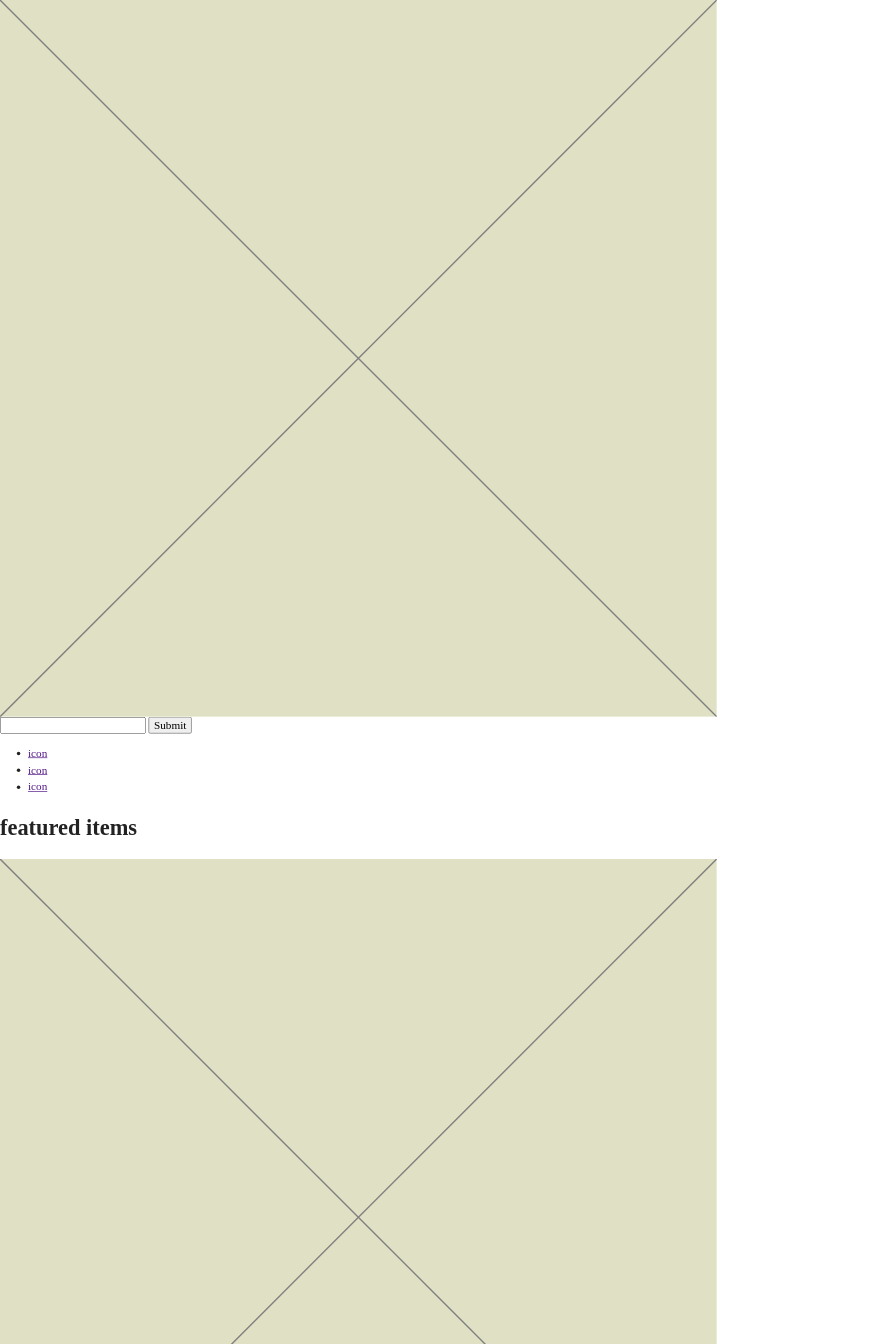
Repository: AdrianTejada/Lab03-Project-1
Page: index.html
The author's editor kept a copy of each file at every save. The page is drawn from the files as they stood at one save, then again after the next save.
The browser window is 1280 px wide. The pictures show the part of the page from y = 0 to 1920 px (the page is 16887 px tall before and 19473 px after), at 70% of full size.

Above is the page before, as saved 2021-01-26 16:35:03.

After the next save:
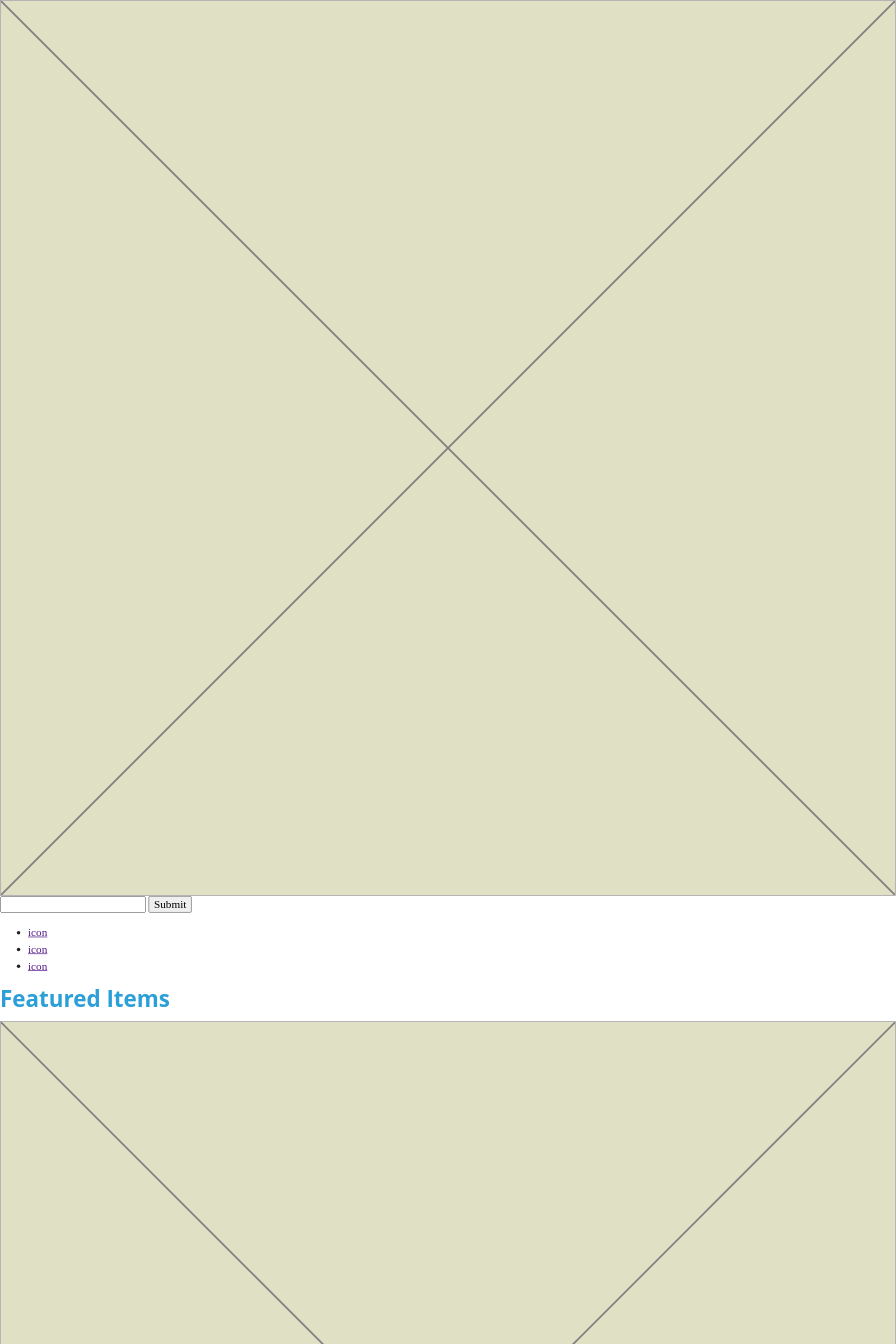
Saved 7 min 2 s later.
--- a/css/main.css
+++ b/css/main.css
@@ -83,7 +83,22 @@
 
 /* 1.3 Core Styling */
 
-
+.heading,
+p {
+    font-family: 'Open Sans', Helvetica, Arial, sans-serif;
+    line-height: 1.6rem;
+    margin-bottom: 1.2rem;
+}
+
+.heading {
+    color: rgb(43, 159, 215);
+    text-transform: capitalize;
+}
+
+img {
+    width: 100%;
+    border: 1px solid rgb(150, 150, 150);
+}
 /* ==========================================================================
    2. LAYOUT
    ========================================================================== */
